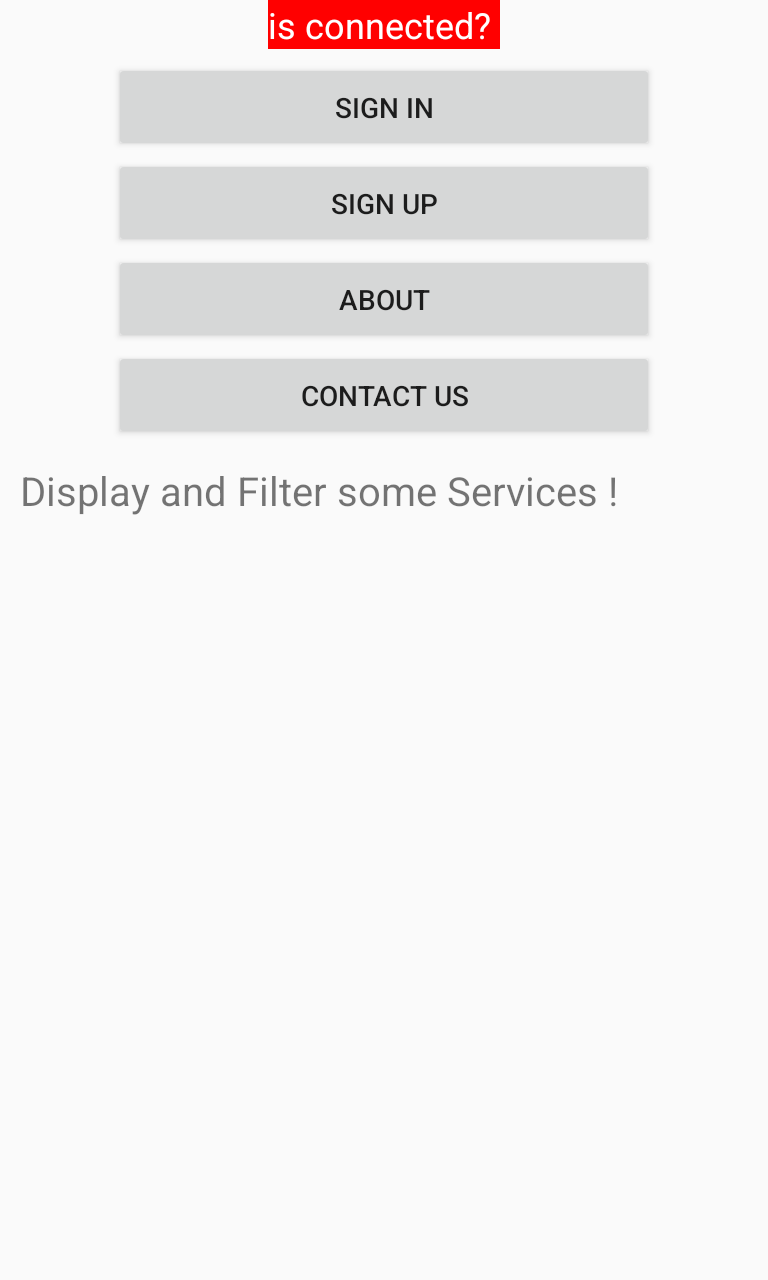
Repository: HAYKEL88/MASTER2_PFE
Layout: PFE_ANDROID/res/layout/activity_welcome_user.xml
An editor plug-in stored every save of this project. The layout is shown before and after the next save, followed by the edit.
It is drawn on a 768 x 1280 px phone screen (xhdpi) without system bars, with theme AppTheme; the app's code is not run.

Above is the layout before, as saved 2014-12-20 14:14:08.

After the next save:
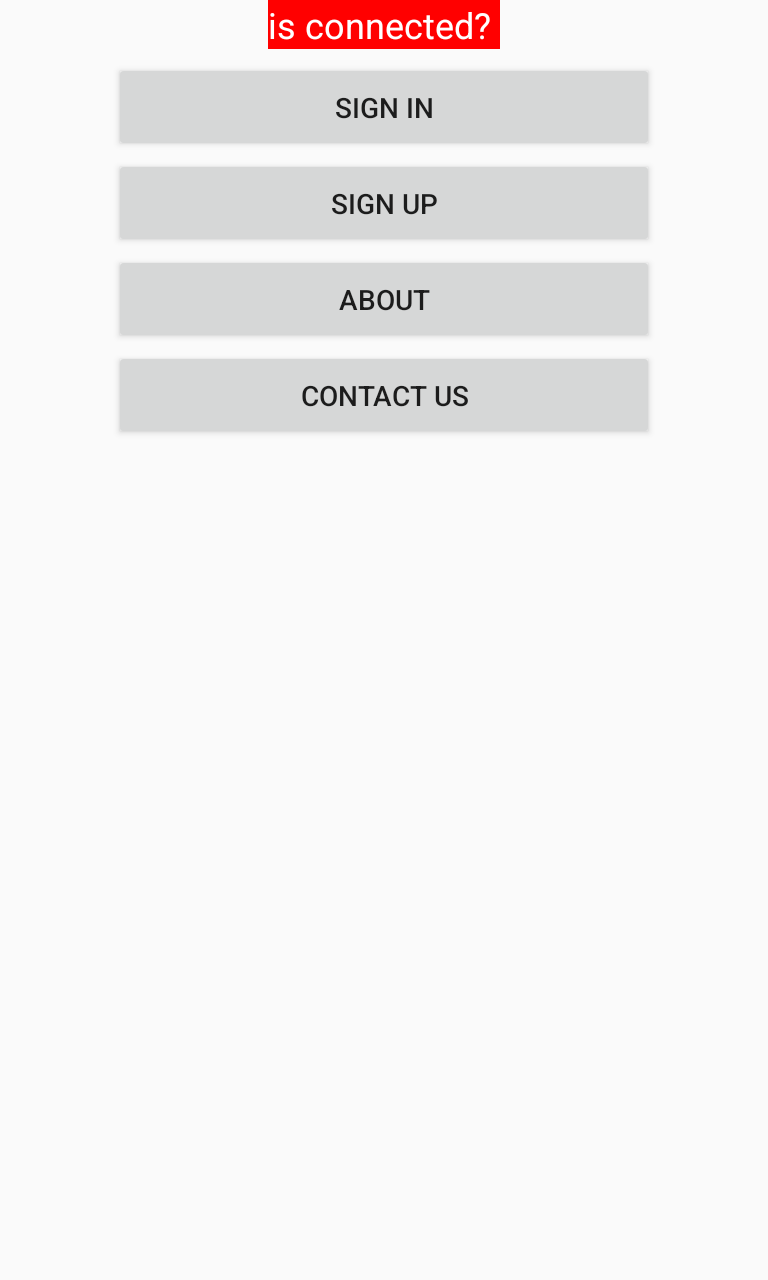
Saved 12 s later.
--- a/PFE_ANDROID/res/layout/activity_welcome_user.xml
+++ b/PFE_ANDROID/res/layout/activity_welcome_user.xml
@@ -48,9 +48,7 @@
         android:onClick="contactUs"/>
 
 
-     <TextView android:layout_width="fill_parent"
-  		android:layout_height="wrap_content" android:padding="10dp"
-  		android:text="@string/some_services" android:textSize="20sp" />
+
 
 
 
